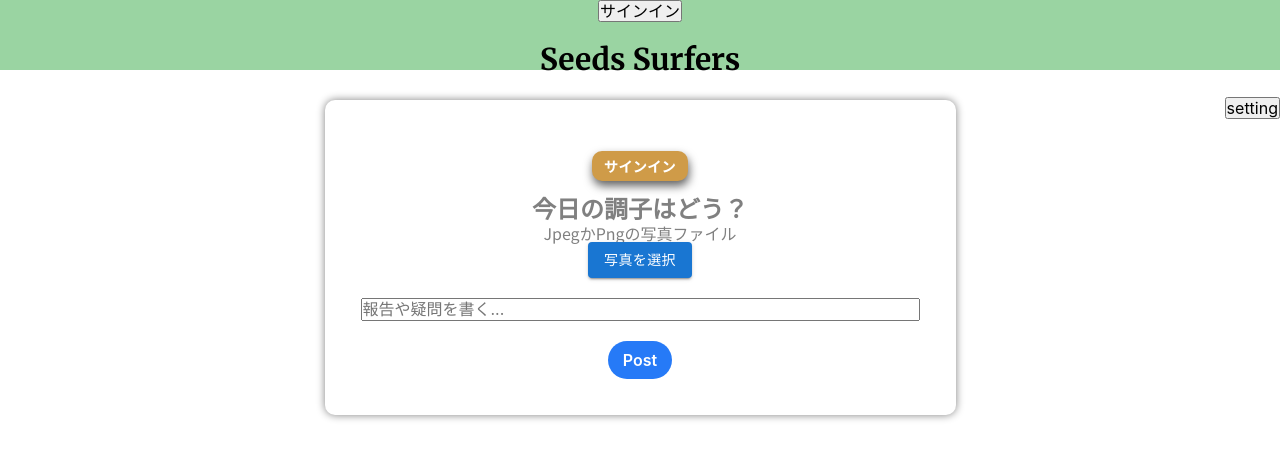
Repository: Seiya00002/seeds_surfers_react_sns
Page: /
These files come from the project's save history. The page is drawn as it stood at one moment and after the next save; the edit follows.
The browser window is 1280 px wide. The pictures show the whole page.
The page's requests for data from a server got no answer. The project was rebuilt for these pictures with package versions that can differ from the ones it lists, and the page was loaded fresh each time. No one was signed in, and anything a server would have sent is missing. Also part of the build but not shown: src/Components/Post.css, src/Components/Post.tsx, src/Components/Account.tsx, src/Components/SignIn.css, src/Components/SignIn.tsx.

Above is the page before, as saved 2023-08-29 08:38:24.

### public/index.html
<!DOCTYPE html>
<html lang="en">
  <head>
    <meta charset="utf-8" />
    <link rel="icon" href="%PUBLIC_URL%/favicon.ico" />
    <meta name="viewport" content="width=device-width, initial-scale=1" />
    <meta name="theme-color" content="#000000" />
    <meta
      name="description"
      content="Web site created using create-react-app"
    />
    <link rel="apple-touch-icon" href="%PUBLIC_URL%/logo192.png" />

    <link rel="manifest" href="%PUBLIC_URL%/manifest.json" />

    <link rel="stylesheet" href="https://cdnjs.cloudflare.com/ajax/libs/normalize/8.0.1/normalize.min.css">
    <title>Seeds Surfers</title>
  </head>
  <body>
    <noscript>You need to enable JavaScript to run this app.</noscript>
    <div id="root"></div>

  </body>
</html>

### src/index.tsx
import React from 'react';
import { BrowserRouter, Routes, Route } from "react-router-dom";
import ReactDOM from 'react-dom/client';
import './index.css';
import reportWebVitals from './reportWebVitals';
import App from './App';
import Account from './Components/Account';
import SignIn from './Components/SignIn';

const root = ReactDOM.createRoot(
  document.getElementById('root') as HTMLElement
);
root.render(
  <React.StrictMode>
    <BrowserRouter>
      <Routes>
        <Route path='/' element={<App />} />
        <Route path='/account' element={<Account />} />
        <Route path='/signin' element={<SignIn />} />
      </Routes>
    </BrowserRouter>
  </React.StrictMode>
);

reportWebVitals();

### src/index.css
* {
  box-sizing: border-box;
  margin: 0;
  padding: 0;
}

body {
  font-family: -apple-system, BlinkMacSystemFont, 'Segoe UI', 'Roboto', 'Oxygen',
    'Ubuntu', 'Cantarell', 'Fira Sans', 'Droid Sans', 'Helvetica Neue',
    sans-serif;
  -webkit-font-smoothing: antialiased;
  -moz-osx-font-smoothing: grayscale;

}

code {
  font-family: source-code-pro, Menlo, Monaco, Consolas, 'Courier New',
    monospace;
}

### src/App.tsx
import React from 'react';
import './App.css';
import { db, storage } from './firebase';
import { useEffect, useState, useRef } from "react";
import { collection, query, orderBy, getDocs, QuerySnapshot } from "firebase/firestore";
import { doc, onSnapshot } from 'firebase/firestore';
import { AuthProvider } from './AuthContext';
import Header from './Header';
import Post from './Components/Post';
import PostUploader from './Components/PostUploader';

function App() {
  const [posts, setPosts] = useState<any>([]);

  useEffect(() => {
    const q = query(collection(db, 'posts'), orderBy('timestamp', 'desc'));
    // リアルタイム表示
    const unsubscribe = onSnapshot(q, (querySnapshot) => {
      const postsData = querySnapshot.docs.map((doc) => {
        return { id: doc.id, ...doc.data() };
      });
      setPosts(postsData);
    });

    return () => {
      // コンポーネントがアンマウントされる際にunsubscribeを行う
      unsubscribe();
    };
  }, []);

  console.log("Posts in App:", posts);

  return(
    <AuthProvider>
      <div className="App">
        <Header />
        <PostUploader setPosts={setPosts} />
        {posts.map((post:any) => (
          <Post key={post.timestamp} post={post} />
        ))}
      </div>
    </AuthProvider>
  );
}

export default App;

### src/App.css
@import url('https://fonts.googleapis.com/css2?family=Merriweather:wght@400;700&family=Noto+Sans+JP:wght@100;200;300;400;500;600;700&display=swap');

p {
  font-family: 'Noto Sans JP', sans-serif;
}

.App {
  text-align: center;
  display: flex;
  justify-content: center;
  align-items: center;
  width: 100%;
  flex-flow: column;
}

### src/firebase.tsx
import { initializeApp } from "firebase/app";
import { getFirestore } from "firebase/firestore";
import { getStorage } from "firebase/storage";
import { getAuth } from "firebase/auth";
import { GoogleAuthProvider } from "firebase/auth";


const firebaseConfig = {
  apiKey: "AIzaSyDRiOj3JAcuLe6c_Ms2hhsjBCCb8lLwSGU",
  authDomain: "seeds-surfers-react-sns.firebaseapp.com",
  projectId: "seeds-surfers-react-sns",
  storageBucket: "seeds-surfers-react-sns.appspot.com",
  messagingSenderId: "1087322797942",
  appId: "1:1087322797942:web:be61f4173bd538ec6e2c57"
};

const app = initializeApp(firebaseConfig);

export const storage = getStorage(app);
export const db = getFirestore(app);
export const auth = getAuth();
export const provider = new GoogleAuthProvider();

### src/AuthContext.tsx
import { useEffect } from "react";
import { auth } from "./firebase";
import { User } from "firebase/auth";
import { useAuthState } from "react-firebase-hooks/auth";
import { createContext, useState, Dispatch, SetStateAction  } from 'react';

type AuthContextType = {
    user: User | null;
    setUser: Dispatch<SetStateAction<User | null>>;
    signOut: () => Promise<void>;
};

export const AuthContext = createContext<AuthContextType>({
    user: null,
    setUser: () => {},
    signOut: async () => {}
});


export const AuthProvider = ({ children }: { children: React.ReactNode }) => {
    const [user, setUser] = useState<User | null>(() => {
        // リロード時ローカルストレージに状態一時保存
        const storedUser = localStorage.getItem('user');
        return storedUser ? JSON.parse(storedUser) : null;
    });

    useEffect(() => {
        if(user) {
            localStorage.setItem('user', JSON.stringify(user));
        } else {
            localStorage.removeItem('user');
        }
    }, [user]);

    const signOut = async () => {
        await auth.signOut();
        setUser(null);
    }

    return(
        <AuthContext.Provider value={{ user, setUser, signOut }}>
            { children }
        </AuthContext.Provider>
    );
};

### src/Header.tsx
import React from "react";
import { Link } from "react-router-dom";
import { AuthProvider } from './AuthContext';
import './Header.css';

function Header() {
    return(
        <AuthProvider>
            <div className="header">
                <Link to="/signin">
                <button
                className="signinButton"
                >
                    サインイン
                </button>
                </ Link>
                <h2>Seeds Surfers</h2>
                {/* <h3>Produced by cova.amigo</h3> */}
                <Link to="/account">
                <button
                className="settingButton"
                >
                    setting
                </button>
                </Link>
            </div>
        </AuthProvider>
    )
}

export default Header;

### src/Components/PostUploader.tsx
import React, { useState}  from "react";
import "./PostUploader.css";
import { Button } from '@mui/material';
import { db, storage } from "../firebase";
import { ref, uploadBytesResumable, getDownloadURL } from "firebase/storage";
import firebase from "firebase/app";
import "firebase/firestore";
import { addDoc, collection, serverTimestamp} from "firebase/firestore";
import Post from "./Post";
import Login from "./Login";

interface PostUploaderProps {
  setPosts: React.Dispatch<React.SetStateAction<any[]>>;
}

function PostUploader({ setPosts }: PostUploaderProps) {
  const [loading, setLoading] = useState<boolean>(false);
  const [isUpLoaded, setUploaded] = useState<boolean>(false);
  const [text, setText] = useState<string>("");
  const [fileUrl, setFileUrl] = useState<any>("");

  const OnFileUploadToFirebase = (e:any) => {
        const file = e.target.files[0];
        const storageRef = ref(storage, 'image/' + file.name);
        const uploadImage = uploadBytesResumable(storageRef, file);

        setLoading(true);

        uploadImage.then((snapshot) => {
          setLoading(false);
          setUploaded(true);
          return getDownloadURL(snapshot.ref);
        })
        .then((url) => {
          setFileUrl(url);
        })
        .catch((error: any) => {
          setLoading(false);
          console.error("画像のアップロードに失敗しました。:", error);
        });
  };

  const onTextUploadToFirebase = () => {
    addDoc(collection(db, "posts"), {
      text:text,
      imageUrl:fileUrl,
      timestamp: serverTimestamp(),
    })
    .then((docRef)=>{
      console.log("投稿が完了しました！");

      const newDocId = docRef.id;

      setText("");
      setFileUrl("");
      setUploaded(false);

      // Post コンポーネントに渡すデータに新しいドキュメントIDを追加
      setPosts((prevPosts) => [
        ...prevPosts,
        {
          text: text,
          imageUrl: fileUrl,
          timestamp: serverTimestamp(),
          id: newDocId,
        },
      ]);

      console.log("新しく追加されたドミュメントのID:", newDocId);
    })
    .catch((error: any) => {
      console.error("エラーが発生しました。:",error);
    });
  };


  return (
    <>
      {loading ?(
        <h2>画像アップロード中・・・</h2>
      ) : (
        <>
          {isUpLoaded ? (
            <>
              <div className="outerBox">
                <h2>画像アップロード完了しました！</h2>

                <form id="post">
                  <label>
                    <input
                      type="text"
                      placeholder="報告や疑問を書く..."
                      size={50}
                      maxLength={500}
                      value={text}
                      onChange={e => setText(e.target.value)}
                    />
                  </label>
                  </form>
                  <input
                    type="button"
                    form="post"
                    value="Post"
                    onClick={onTextUploadToFirebase}
                  />
              </div>
            </>
            ) : (
              <div className="outerBox">
                <div className="title">
                　<Login />
                  <h2>今日の調子はどう？</h2>
                  <p>JpegかPngの写真ファイル</p>
                </div>
                <Button variant="contained">
                  写真を選択
                  <input
                  className="imageUploadInput"
                  type="file"
                  accept=".png, .jpeg, .jpg"
                  onChange={OnFileUploadToFirebase}
                  />
                </Button>
                <form id="post">
                  <label>
                    <input
                      type="text"
                      placeholder="報告や疑問を書く..."
                      className="textPost"
                      size={50}
                      maxLength={500}
                      value={text}
                      onChange={e => setText(e.target.value)}
                    />
                  </label>
                  </form>
                  <input
                    type="button"
                    className="textUploadInput"
                    form="post"
                    value="Post"
                    onClick={onTextUploadToFirebase}
                  />
              </div>
            )
          }
        </>
      )}
    </>
  );
};

export default PostUploader;

### src/Components/Account.css
.accountSetting {
    margin-top: 20px;
    display: flex;
    justify-content: center;
    text-align: center;
}

.settingButton {
    float: right;
}

### src/Header.css
@import url('https://fonts.googleapis.com/css2?family=Merriweather:wght@400;700&display=swap');

.header {
    height: 70px;
    background-color: rgba(30, 160, 47, 0.449);
    margin: 0;
    padding: 0;
    width: 100%;
    float: left;
}

.header h2 {
    display: flex;
    justify-content: center;
    text-align: center;
    padding: 20px;
    font-family: 'Merriweather', serif;
    font-weight: 700;
    font-size: 30px;
}

### src/Components/PostUploader.css
.outerBox {
    margin: 30px 0;
    display: flex;
    flex-direction: column;
    align-items: center;
    justify-content: center;
    text-align: center;
    border: none;
    padding: 36px;
    border-radius: 10px;
    box-shadow: 0px 0px 8px gray;
    color: gray;
  }

  .outerBox h2 {
    font-weight: 600;
    margin-top: 5px;
  }

  .imageUplodeBox {
    border: 2px dashed #2d6395;
    padding: 35px 60px;
    position: relative;
  }

  .imageLogoAndText p {
    margin-bottom: 0px;
  }

  .imageUploadInput {
    opacity: 0;
    position: absolute;
    top: 0;
    left: 0;
    width: 100%;
    height: 100%;
    cursor: pointer;
  }

  .textPost {
    margin: 20px 0;
  }

  .textUploadInput {
    border-radius: 50px;
    border: none;
    background-color: #267af7;
    color: white;
    padding: 10px 15px;
    cursor: pointer;
    font-weight: 600;
  }

### src/Components/Login.tsx
//Login.tsx
import { signInWithPopup, User } from "firebase/auth";
import React from 'react';
import { useAuthState } from 'react-firebase-hooks/auth';
import { auth, provider } from '../firebase';
import './Login.css';


function Login() {
    const [user] = useAuthState(auth);

    return (
        <div className="userInfo">
            {user ? (
                <>
                    <UserInfo user={user} />
                    <SignOutButton />
                </>
            ) : (
                <SignInButton />
            )}
        </div>
    );
}

export default Login;

function SignInButton() {
    const signInWithGoogle = () => {
        signInWithPopup(auth, provider);
    };

    return (
        <button
        className="signin-button"
        onClick={signInWithGoogle}>
            <p>サインイン</p>
        </button>
    );
}

function SignOutButton() {
    return (
        <button
        className="signout-button"
        onClick={() => auth.signOut()}>
            <p>サインアウト</p>
        </button>
    );
}

function UserInfo({ user }: {user: User}) {
    const { displayName, photoURL } = user;

    return (
        <div>
            {photoURL && (
                <img
                    src={photoURL}
                    alt="User Icon"
                    className="userIcon"
                />
            )}
        </div>
    );
}

### src/Components/Login.css
.userInfo {
    margin: 5px 20px;
    display: flex;
  }

  h1 {
    font-size: 3rem;
  }

.userIcon {
    border-radius: 50%;
    width: 50px;
    height: 50px;
  }

.signout-button {
    margin: 10px 10px;
    padding: 7px 12px;
    border: none;
    border-radius: 10px;
    box-shadow: 1px 5px 10px #626262;
    cursor: pointer;
    background-color: #cf9b48;
    color: white;
    font-weight: 300;
    font-size: 5px;
    width: 80pxpx;
    height: 30px;
  }

  .signin-button {
    margin: 10px auto;
    padding: 7px 12px;
    border: none;
    border-radius: 10px;
    box-shadow: 1px 5px 10px #626262;
    cursor: pointer;
    background-color: #cf9b48;
    color: white;
    font-weight: 300;
    font-size: 5px;
    width: 80pxpx;
    height: 30px;
  }

  .signout-button p {
    font-size: 0.9rem;
    font-weight: 600;
  }

  .signin-button p {
    font-size: 0.9rem;
    font-weight: 600;
  }

Loaded but not shown: src/reportWebVitals.ts (common file)

After the next save:
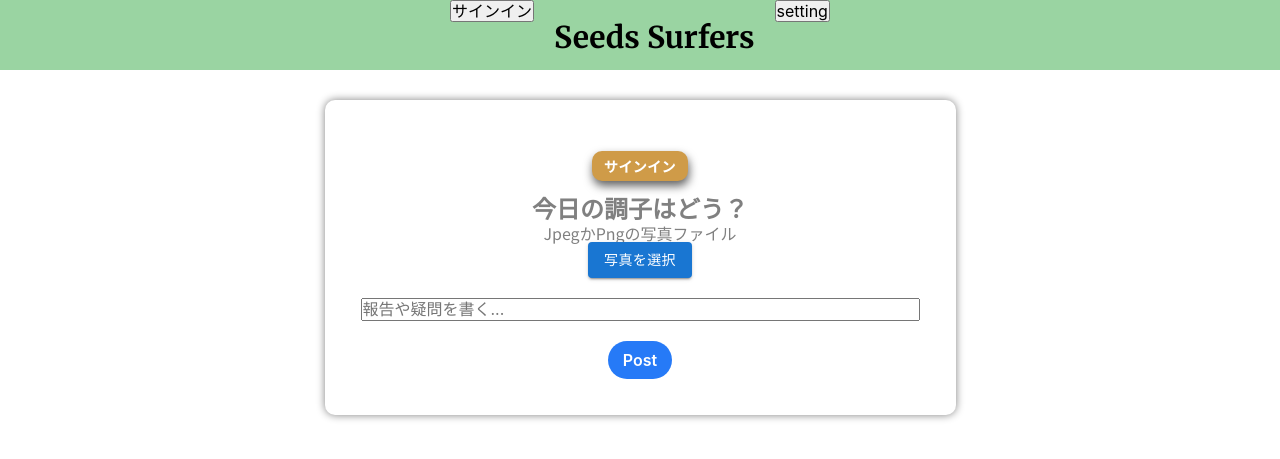
Saved 20 s later.
--- a/src/Header.css
+++ b/src/Header.css
@@ -6,7 +6,9 @@
     margin: 0;
     padding: 0;
     width: 100%;
-    float: left;
+    display: flex;
+    justify-content: center;
+    text-align: center;
 }
 
 .header h2 {
